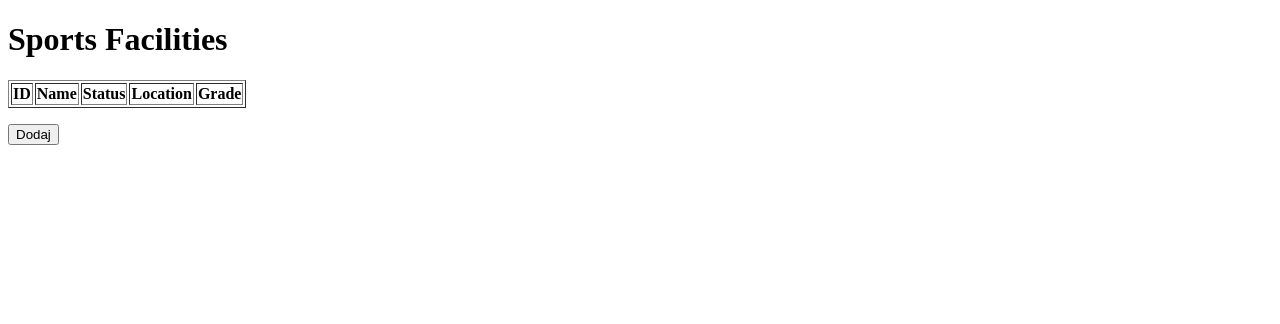
Repository: markovicuros/Fitpass-web
Page: FitnessCenter/WebContent/index.html
The author's editor kept a copy of each file at every save. The page is drawn from the files as they stood at one save, then again after the next save.
The browser window is 1280 px wide. The pictures show the whole page.
The page's requests for data from a server got no answer.

Above is the page before, as saved 2022-06-19 22:17:46.

After the next save:
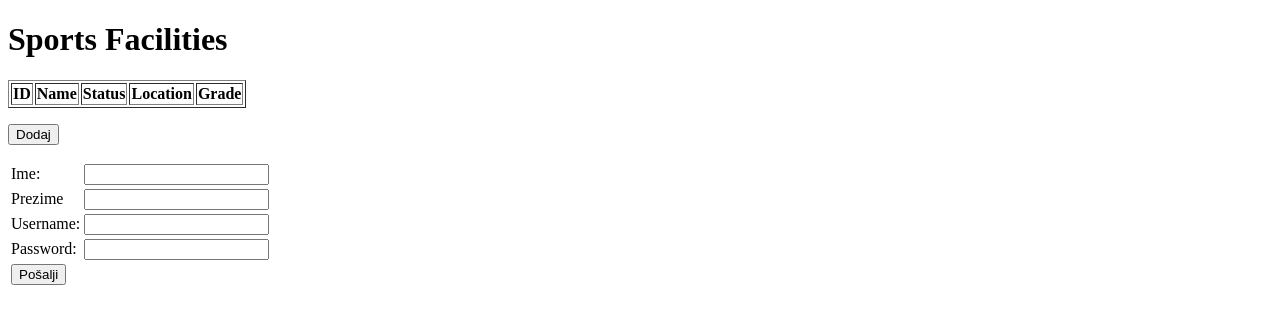
Saved 3 min 9 s later.
--- a/FitnessCenter/WebContent/index.html
+++ b/FitnessCenter/WebContent/index.html
@@ -10,31 +10,33 @@
     <body>
     <div id="sportsFacilities">
 
-	    <h1>{{title}}</h1>
-	    <table border="1" id="tabela" v-bind:hidden="mode=='CREATE'">
-	        <thead>
-	            <tr>
-	                <th>ID</th>
-	                <th>Name</th>
-	                <th>Status</th>
-	                <th>Location</th>
-	                <th>Grade</th>
-	            </tr>
-	        </thead>
+    <h1>{{title}}</h1>
+    <table border="1" id="tabela">
+        <thead>
+            <tr>
+                <th>ID</th>
+                <th>Name</th>
+                <th>Status</th>
+                <th>Location</th>
+                <th>Grade</th>
+            </tr>
+        </thead>
 
-	        <tr v-for="sf in sportFacilities">
+        <tr v-for="sf in sportFacilities">
 
-	            <td>{{sf.sportFacilityId}}</td>
-	            <td>{{sf.name}}</td>
-	            <td>{{convertStatus(sf)}}</td>
-	            <td>{{sf.location}}</td>
-	            <td>{{sf.averageGrade}}</td>
+            <td>{{sf.sportFacilityId}}</td>
+            <td>{{sf.name}}</td>
+            <td>{{convertStatus(sf)}}</td>
+            <td>{{sf.location}}</td>
+            <td>{{sf.averageGrade}}</td>
 
-	        </tr>
+        </tr>
 
 
-	    </table>
+    </table>
 
+    </div>
+     <div class="nav-bar">
 
 
      <p>

After the save that followed:
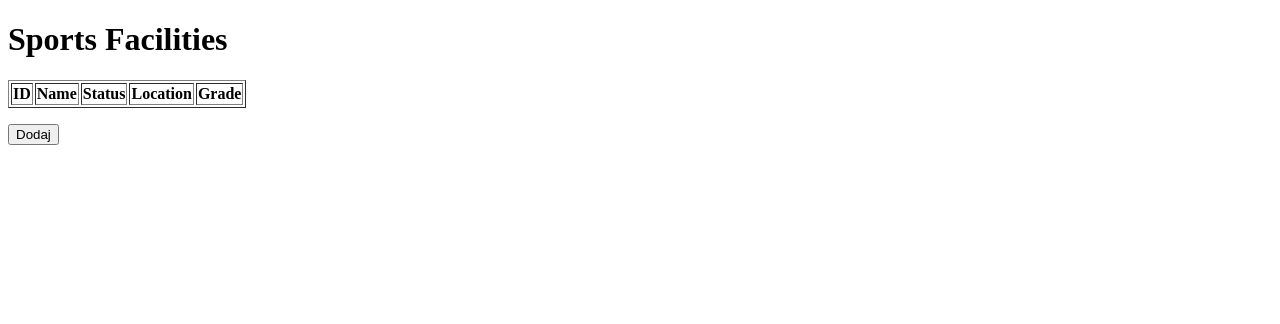
Saved 100 s later.
--- a/FitnessCenter/WebContent/index.html
+++ b/FitnessCenter/WebContent/index.html
@@ -35,8 +35,7 @@
 
     </table>
 
-    </div>
-     <div class="nav-bar">
+
 
 
      <p>
